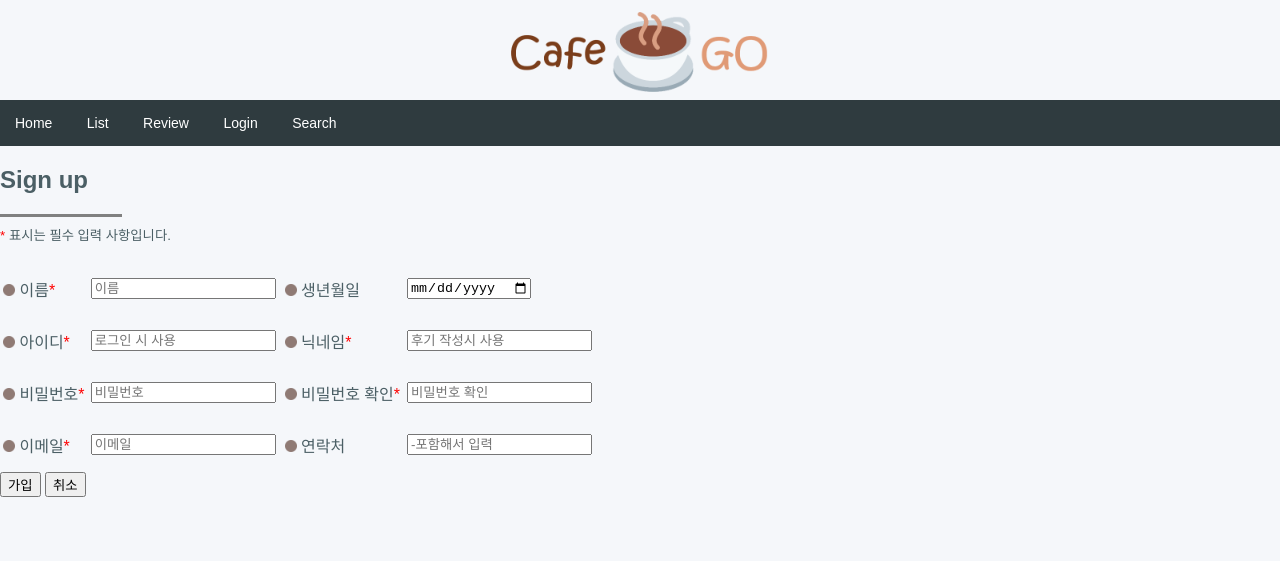
Repository: JuYeong0413/Web-Programming
Page: http://localhost/CafeGo/signup.jsp
These files come from the project's save history. The page is drawn as it stood at one moment and after the next save; the edit follows.
The browser window is 1280 px wide. The pictures show the whole page.
The page is served by Tomcat 9. Other server files are loaded and not shown.

Above is the page before, as saved 2018-12-22 19:21:23.

### Project/CafeGo/WebContent/signup.jsp
<%@ page language="java" contentType="text/html; charset=utf-8" pageEncoding="utf-8"%>
<%@ include file="nav.jsp" %>
<%@ page import="com.CafeGo.DBConnector" %>
<%@ page import="com.CafeGo.logincheck" %>
<%@ page import="javax.swing.JOptionPane" %>
<!DOCTYPE html>
<html>
<head>
<meta charset="utf-8">
<title>Insert title here</title>
</head>
<body>
	<h2>Sign up</h2>
	<hr noshade align="left" width="120" size="3">
	<small><span style="color: red">*</span> 표시는 필수 입력 사항입니다.</small><br><br>
	<div>
	<form name="fr" method="post" action="checkOverlap.jsp" onsubmit="return formcheck()">
      <table border="0" width="600">
      <tr height="50">
        <td><img src="image/dot.png" width="12" height="12"> 이름<span style="color: red">*</span></td>
        <td><input name="name" value="" id="name" placeholder="이름" type="text" /></td>
        <td><img src="image/dot.png" width="12" height="12"> 생년월일</td>
        <td><input type="date" id="bdate" name="bdate"></td>
      </tr>
      <tr height="50">
        <td><img src="image/dot.png" width="12" height="12"> 아이디<span style="color: red">*</span></td>
        <td><input name="id" value="" id="id" placeholder="로그인 시 사용" type="text" />
        </td>
        <td><img src="image/dot.png" width="12" height="12"> 닉네임<span style="color: red">*</span></td>
        <td><input name="nickname" value="" id="nickname" placeholder="후기 작성시 사용" type="text" /></td>
      </tr>
      <tr height="50">
        <td><img src="image/dot.png" width="12" height="12"> 비밀번호<span style="color: red">*</span></td>
        <td><input name="password" value="" id="password" placeholder="비밀번호" type="text" /></td>
        <td><img src="image/dot.png" width="12" height="12"> 비밀번호 확인<span style="color: red">*</span></td>
        <td><input name="password_c" value="" id="password_c" placeholder="비밀번호 확인" type="text" /></td>
      </tr>
      <tr height="50">
        <td><img src="image/dot.png" width="12" height="12"> 이메일<span style="color: red">*</span></td>
        <td><input name="email" value="" id="email" placeholder="이메일" type="text" /></td>
        <td><img src="image/dot.png" width="12" height="12"> 연락처</td>
        <td><input name="tel" value="" id="tel" placeholder="-포함해서 입력" type="text"/></td>
      </tr>
      </table>
      <input type="submit" value="가입">
      <input type="button" value="취소" onclick="location.href='main.jsp'">
      </form>
	</div>

<script type="text/javascript">
function formcheck(){
if(fr.name.value == "") {
    alert("이름을 입력해주세요.");
    fr.name.focus();
    return false;
  }
else if(fr.id.value == "") {
    alert("아이디를 입력해주세요.");
    fr.id.focus();
    return false;
  }
else if(fr.nickname.value == "") {
    alert("닉네임을 입력해주세요.");
    fr.nickname.focus();
    return false;
  }
else if(fr.password.value == "") {
    alert("비밀번호를 입력해주세요.");
    fr.password.focus();
    return false;
  }
else if(fr.password.value != fr.password_c.value) {
    alert("비밀번호가 일치하지 않습니다.");
    fr.password.focus();
    return false;
  }
else if(fr.email.value == "") {
    alert("이메일을 입력해주세요.");
    fr.email.focus();
    return false;
  }
  else {
	  location.href="welcomeSignup.jsp";
	  return true;
  }
}
</script>
</body>
</html>

### Project/CafeGo/WebContent/nav.jsp
<%@ page language="java" contentType="text/html; charset=utf-8" pageEncoding="utf-8"%>
<!DOCTYPE html>
<html lang="ko">
<head>
<meta charset="utf-8">
<title>Insert title here</title>
<link rel="stylesheet" href="reponsiveNavigation.css" />
</head>
<body>
<div>
<center>
<a href="main.jsp"><img src = "image/logo.png" width="264px" height="88px" align="center"></a>
</center>
</div>
<div class="nav_wrapper">
  <nav class="menu">
    <ul>
      <li><a href="main.jsp">Home</a>
        <ul>
          <li><a href="main.jsp">홈페이지 소개</a></li>
          <li><a href="main.jsp">오늘의 카페 추천</a></li>
          </li>
        </ul>
      </li>
      <li><a href="#Link">List</a>
        <ul>
          <li><a href="#Link">카페 목록</a></li>
          <li><a href="#Link">카페 분류 »</a>
          <ul>
              <li><a href="#Link">별점</a></li>
              <li><a href="#link">지역</a></li>
              <li><a href="#Link">테마</a></li>
            </ul>
          </li>
        </ul>
      </li>
      <li><a href="review.jsp">Review</a>
        <ul>
          <li><a href="review.jsp">방문 후기 목록</a></li>
          <li><a href="#Link">방문 후기 작성</a></li>
          <li><a href="#Link">방문 후기 수정</a></li>
          <li><a href="#Link">방문 후기 삭제</a></li>
          </ul>
      </li>
  		<%
  		String log = (String)session.getAttribute("login");

  		if(log!=null&&log.equals("yes")){
  		// 로그인 상태인 경우 보여지는 메뉴
      %>
      <li><a href="myPage.jsp">MyPage</a>
        <ul>
          <li><a href="myPage.jsp">MyPage</a></li>
          <li><a href="logout.jsp">로그아웃</a></li>
        </ul>
      </li>
      <% }
  		else if((String)session.getAttribute("id")==null){
    	  // 로그아웃 상태인 경우 보여지는 메뉴
    	  %>
    	  <li><a href="#Link">Login</a>
        <ul>
          <li><a href="login.jsp">로그인</a></li>
          <li><a href="find.jsp">아이디/비밀번호 찾기</a></li>
          <li><a href="signup.jsp">회원가입</a></li>
        </ul>
      </li>
    	  <%} %>
      </ul>
    <ul>
      <li><a href="search.jsp">Search</a>
        <ul>
          </li>
        </ul>
  </nav>
</body>
</html>

### Project/CafeGo/WebContent/reponsiveNavigation.css
html {
  font-family: sans-serif;
  color: #4b5f65;
  background: #f5f7fa;
}

body { overflow-x:hidden}

nav { width: 100%; }

.nav_wrapper {
  position: fixed;
  left: 0;
  top: 100px;
  width: 100%;
  <!--menu background => default : black-->
  background: #2f3b3f;
}

.menu {
  width: 100%;
  height: auto;
  background: #2f3b3f;
}

.menu ul {
  padding: 0px;
  margin: 0px;
  list-style: none;
  position: relative;
  display: inline-block;
}

.menu > li > ul.sub_menu {
  min-width: 10em;
  padding: 4px 0;
  background-color: #f4f4f4;
  border: 1px solid #fff;
}

.menu ul li { padding: 0px; }

.menu > ul > li { display: inline-block; }

.menu ul li a {
  display: block;
  text-decoration: none;
  color: #fff;
  font-size: 14px;
}

.menu ul li a:hover {
  background: #efa666;
  color: #fff;
  transition: all .5s ease-out;
}

.menu ul li.hover > a {
  background: #efa666;
  color: #fff;
}

.menu ul li > a { padding: 15px; }

.menu ul ul {
  display: none;
  position: absolute;
  top: 100%;
  min-width: 160px;
  background: #39484d;
}

.menu ul li:hover > ul { display: block;}

.menu ul ul > li { position: relative; }

.menu ul ul > li a {
  padding: 10px 15px;
  height: auto;
  background: #39484d;
}

.menu ul ul > li a:hover {
  background: #efa666;
  color: #fff;
}

.menu ul ul ul {
  position: absolute;
  left: 100%;
  top: 0;
}
.slide {
	width:100%;
}

After the next save:
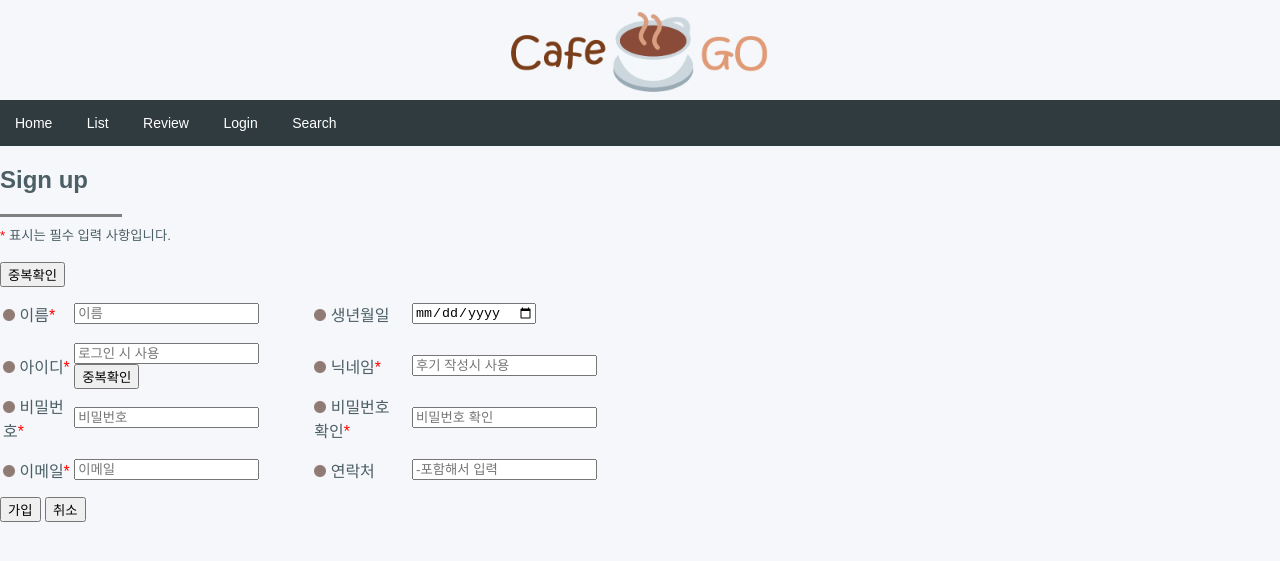
Saved 7 min 55 s later.
--- a/Project/CafeGo/WebContent/signup.jsp
+++ b/Project/CafeGo/WebContent/signup.jsp
@@ -24,10 +24,10 @@
       </tr>
       <tr height="50">
         <td><img src="image/dot.png" width="12" height="12"> 아이디<span style="color: red">*</span></td>
-        <td><input name="id" value="" id="id" placeholder="로그인 시 사용" type="text" />
+        <td><input name="id" value="" id="id" placeholder="로그인 시 사용" type="text" /><input type="button" value="중복확인" onclick="checkId.jsp">
         </td>
         <td><img src="image/dot.png" width="12" height="12"> 닉네임<span style="color: red">*</span></td>
-        <td><input name="nickname" value="" id="nickname" placeholder="후기 작성시 사용" type="text" /></td>
+        <td><input name="nickname" value="" id="nickname" placeholder="후기 작성시 사용" type="text" /></td><input type="button" value="중복확인" onclick="checkNickname.jsp">
       </tr>
       <tr height="50">
         <td><img src="image/dot.png" width="12" height="12"> 비밀번호<span style="color: red">*</span></td>
